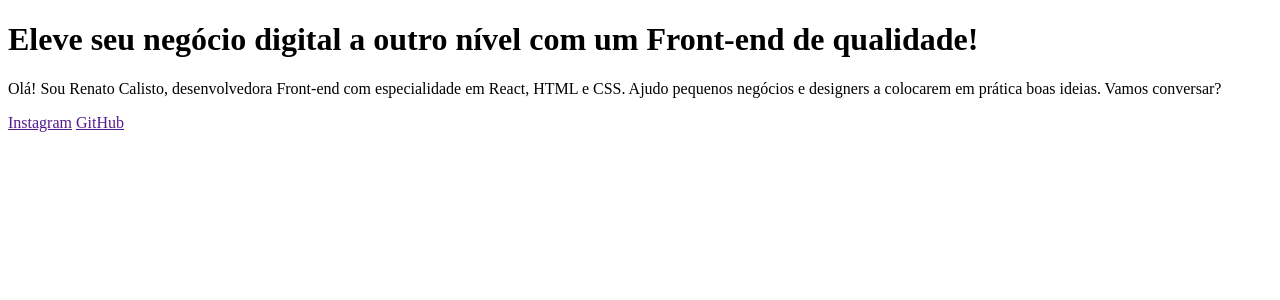
Repository: RenatoCCS/Portfolio_Alura
Page: index.html
The author's editor kept a copy of each file at every save. The page is drawn from the files as they stood at one save, then again after the next save.
The browser window is 1280 px wide. The pictures show the whole page.

Above is the page before, as saved 2023-02-23 18:09:07.

### index.html
<!DOCTYPE html>
<html lang="pt-br">
  <head>
    <meta charset="UTF-8" />
    <meta http-equiv="X-UA-Compatible" content="IE=edge" />
    <meta name="viewport" content="width=device-width, initial-scale=1.0" />
    <title>POrtfolio</title>
  </head>
  <body>
    <header></header>
    <main>
      <h1>
        Eleve seu negócio digital a outro nível
        <strong> com um Front-end de qualidade! </strong>
      </h1>
      <p>
        Olá! Sou Renato Calisto, desenvolvedora Front-end com especialidade em
        React, HTML e CSS. Ajudo pequenos negócios e designers a colocarem em
        prática boas ideias. Vamos conversar?
      </p>
      <a href="">Instagram</a>
      <a href="">GitHub</a>
    </main>
    <footer></footer>
  </body>
</html>

After the next save:
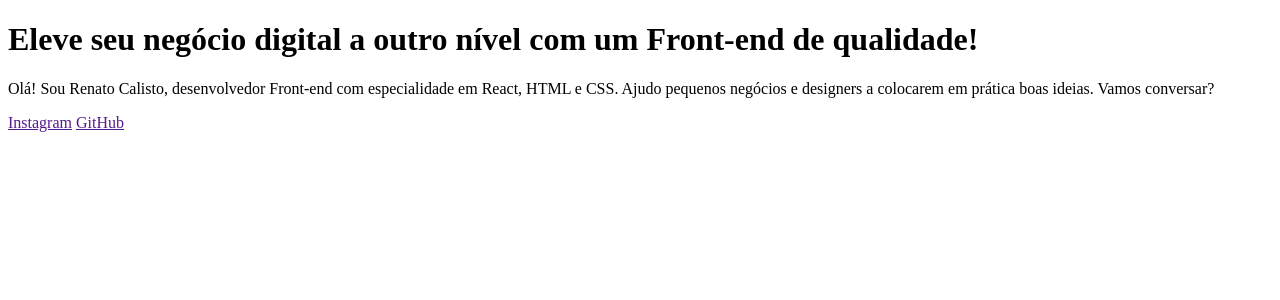
Saved 10 s later.
--- a/index.html
+++ b/index.html
@@ -14,7 +14,7 @@
         <strong> com um Front-end de qualidade! </strong>
       </h1>
       <p>
-        Olá! Sou Renato Calisto, desenvolvedora Front-end com especialidade em
+        Olá! Sou Renato Calisto, desenvolvedor Front-end com especialidade em
         React, HTML e CSS. Ajudo pequenos negócios e designers a colocarem em
         prática boas ideias. Vamos conversar?
       </p>
